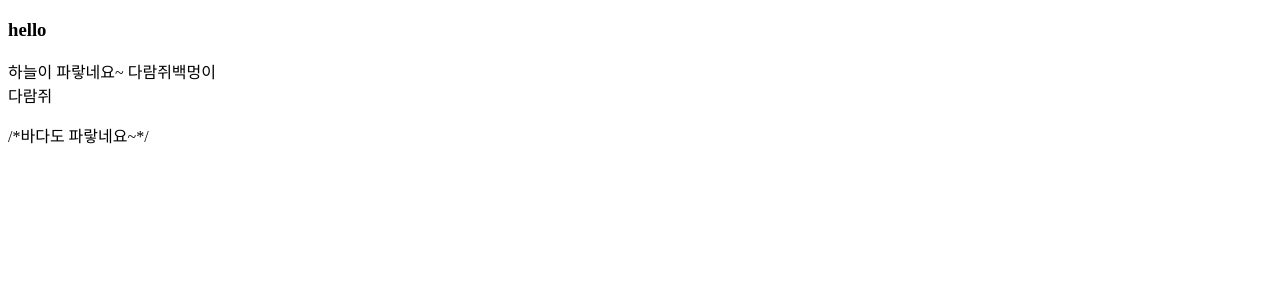
Repository: Hongjeongmin/university
Page: http://localhost/test/5.jsp
These files come from the project's save history. The page is drawn as it stood at one moment and after the next save; the edit follows.
The browser window is 1280 px wide. The pictures show the whole page.
The page is served by Tomcat 9.

Above is the page before, as saved 2018-09-17 00:19:03.

After the next save:
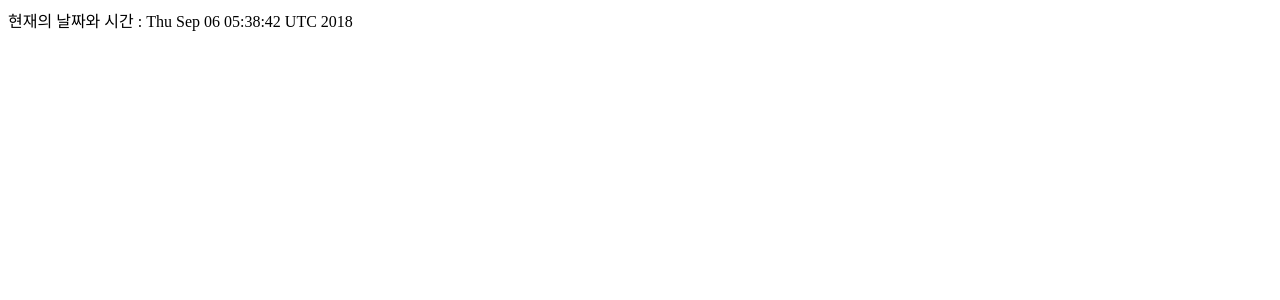
Saved 7 min 50 s later.
--- a/webprograming/test/test/WebContent/5.jsp
+++ b/webprograming/test/test/WebContent/5.jsp
@@ -1,5 +1,6 @@
 <%@ page language="java" contentType="text/html; charset=UTF-8"
     pageEncoding="UTF-8"%>
+<%@ page import="java.util.Date" %>
 <!DOCTYPE html>
 <html>
 <head>
@@ -7,14 +8,9 @@
 <title>Insert title here</title>
 </head>
 <body>
-	<h3>hello</h3>
-	<%! String dd = "다람쥐"; %>
-	<%! public String getMethod(){return dd;} %>
-	<% String ss = "냐용이;"; String cc = "백멍이";%>
-	하늘이 파랗네요~
-	<%=dd + cc %><br>
-	<%=getMethod() %><p>
-	/*바다도 파랗네요~*/
-	<!-- 강도 파랗거든 -->
+	<%
+		Date dd = new Date();
+	%>
+	현재의 날짜와 시간 : <%= dd.toString() %>
 </body>
 </html>
